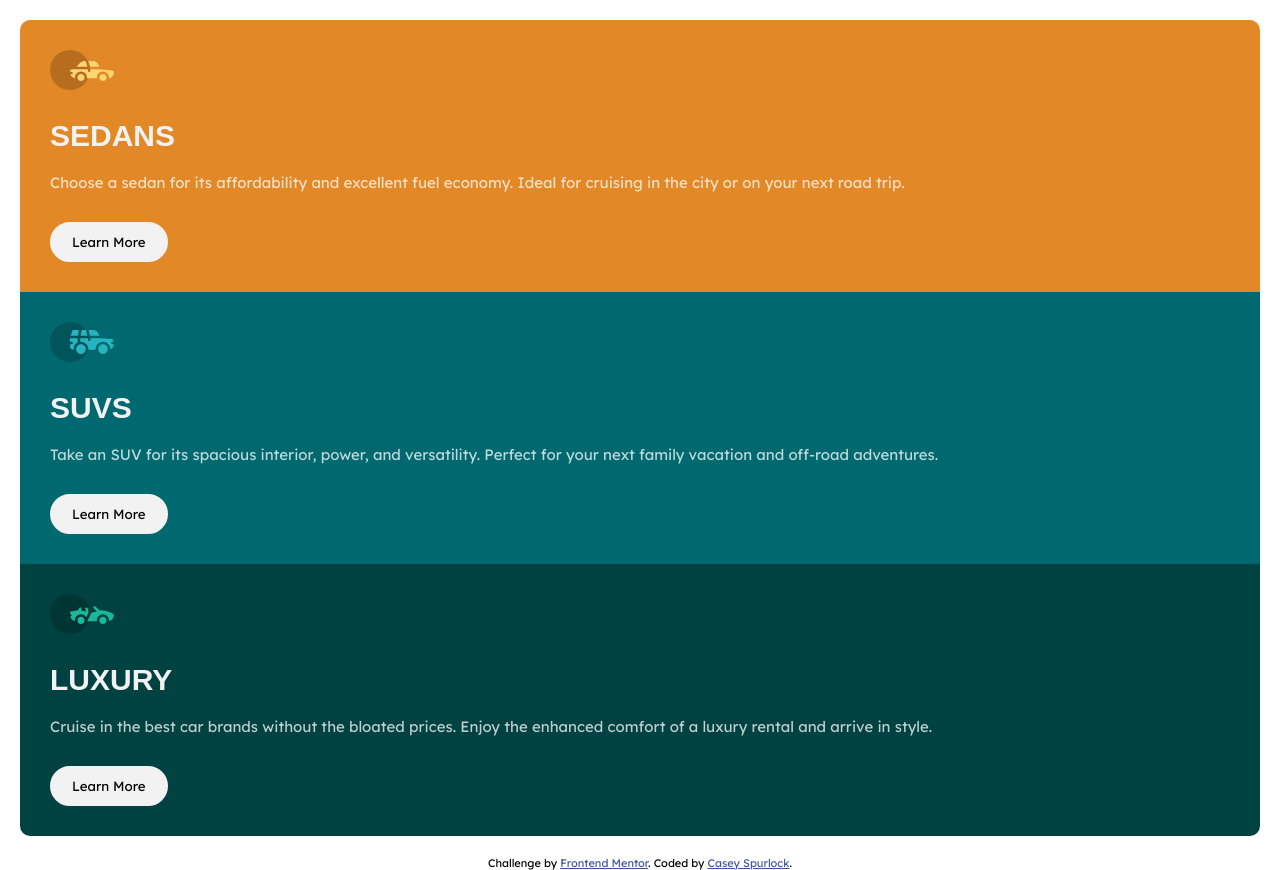
Repository: CaseySpurlock/3-column-preview-card-component-main
Page: index.html
These files come from the project's save history. The page is drawn as it stood at one moment and after the next save; the edit follows.
The browser window is 1280 px wide. The pictures show the whole page.
The pointer rests on the first visible `.btn`.

Above is the page before, as saved 2021-06-23 10:53:10.

### index.html
<!DOCTYPE html>
<html lang="en">
<head>
  <meta charset="UTF-8">
  <meta name="viewport" content="width=device-width, initial-scale=1.0"> <!-- displays site properly based on user's device -->

  <link rel="icon" type="image/png" sizes="32x32" href="./images/favicon-32x32.png">

  <title>Frontend Mentor | 3-column preview card component</title>

  <!-- Stylesheets -->
  <link rel="stylesheet" href="style.css">
  <link rel="preconnect" href="https://fonts.googleapis.com">
  <link rel="preconnect" href="https://fonts.gstatic.com" crossorigin>
  <link href="https://fonts.googleapis.com/css2?family=Big+Shoulders+Display:wght@700&family=Lexend+Deca&display=swap" rel="stylesheet">
</head>


<body>
  <div class="container">
    <div class="card bright-orange">
      <img src="./images/icon-sedans.svg" alt="sedan img">
      <h3>Sedans</h3>
      <p>Choose a sedan for its affordability and excellent fuel economy. Ideal for cruising in the city
        or on your next road trip.</p>
        <button class="btn">Learn More</button>
    </div>

    <div class="card dark-cyan">
      <img src="./images/icon-suvs.svg" alt="suv img">
      <h3>SUVs</h3>
      <p>Take an SUV for its spacious interior, power, and versatility. Perfect for your next family vacation
        and off-road adventures.</p>
        <button class="btn">Learn More</button>
    </div>

    <div class="card very-dark-cyan">
      <img src="./images/icon-luxury.svg" alt="luxury img">
      <h3>Luxury</h3>
      <p>Cruise in the best car brands without the bloated prices. Enjoy the enhanced comfort of a luxury
      rental and arrive in style.</p>
      <button class="btn">Learn More</button>
    </div>
  </div>

  <footer>
    <div class="attribution">
      Challenge by <a href="https://www.frontendmentor.io?ref=challenge" target="_blank">Frontend Mentor</a>.
      Coded by <a href="https://csgc86.myportfolio.com/" target="_blank">Casey Spurlock</a>.
    </div>
  </footer>
</body>
</html>

### style.css
* {
    margin: 0;
    padding: 0;
    box-sizing: border-box;
}

body, button {
    font-family: "Lexend deca", sans-serif;
}

h3 {
    font-family: "Big Shoilders Display", sans-serif;
    text-transform: uppercase;
    font-size: 30px;
}

p {
    color: hsla(0, 0%, 100%, 0.75);
    font-size: 15px;
}

.bright-orange {
    background-color: hsl(31, 77%, 52%);
    border-radius: 10px 10px 0 0;
}

.dark-cyan {
    background-color: hsl(184, 100%, 22%);
}

.very-dark-cyan {
    background-color: hsl(179, 100%, 13%);
    border-radius: 0 0 10px 10px;
}

.container {
    padding: 20px;
}

.card {
    padding: 30px;

}

.card img {
    margin-bottom: 25px;
}

.card h3 {
    color: hsl(0, 0%, 95%);
    margin-bottom: 20px;
}

.card p {
    margin-bottom: 30px;
}

.btn {
    background-color: hsl(0, 0%, 95%);
    border: 2px solid hsl(0, 0%, 95%);
    border-radius: 30px;
    padding: 10px 20px;
    cursor: pointer;
}


.attribution {
    font-size: 11px;
    text-align: center;
}

.attribution a {
    color: hsl(228, 45%, 44%);
}

After the next save:
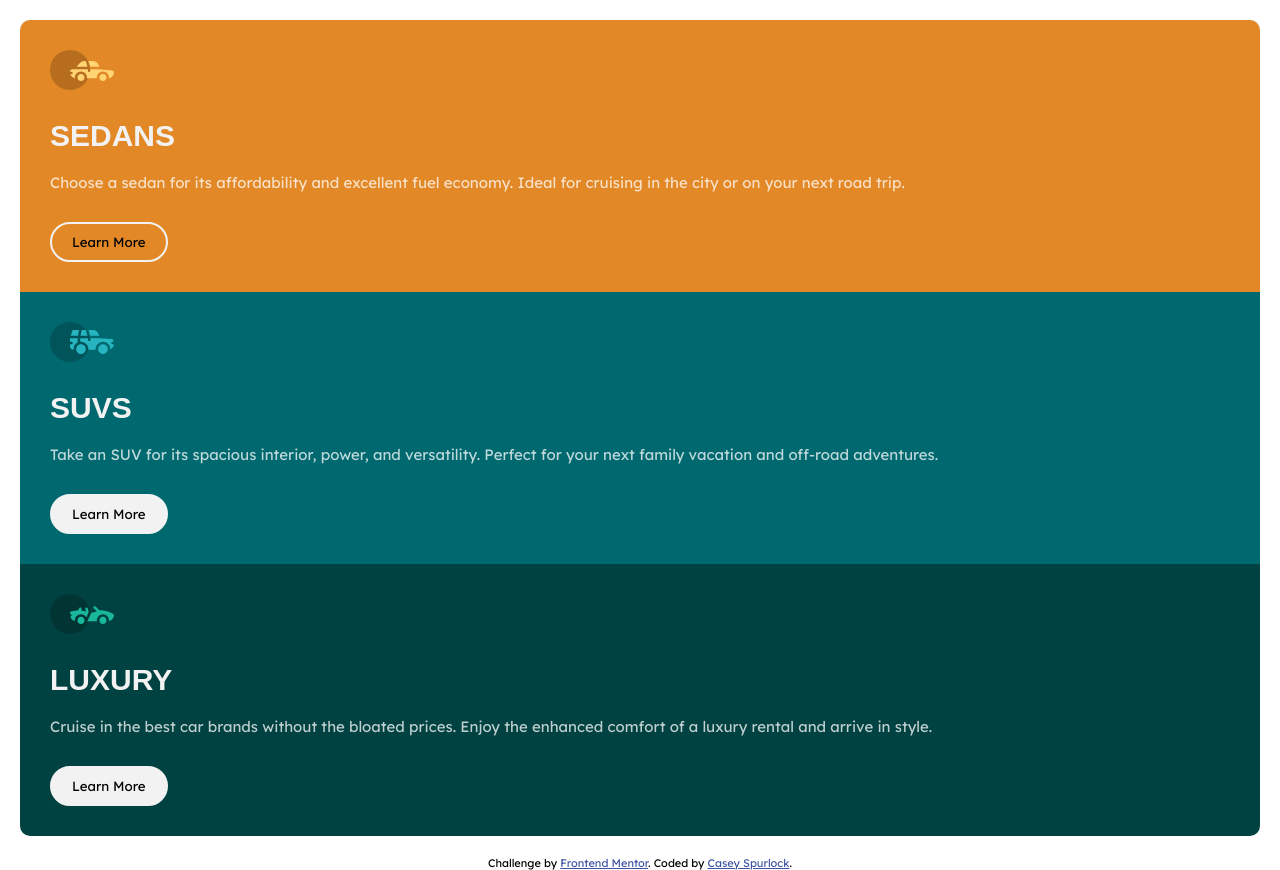
Saved 51 s later.
--- a/style.css
+++ b/style.css
@@ -63,6 +63,10 @@
     cursor: pointer;
 }
 
+.btn:hover {
+    background-color: transparent;
+}
+
 
 .attribution {
     font-size: 11px;
